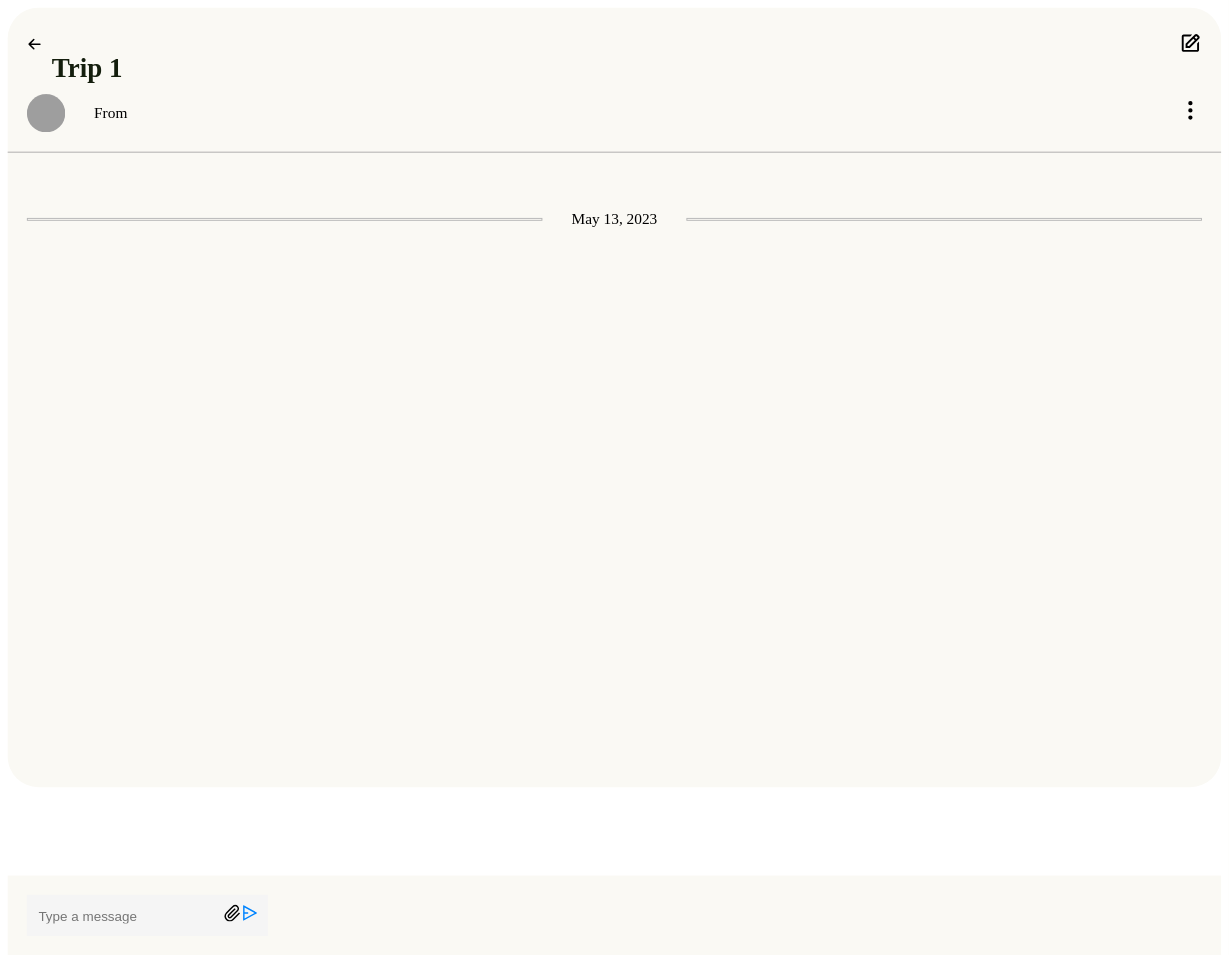
Repository: Abhi2359/PWA_Corider
Page: /
An editor plug-in stored every save of this project. The page is shown before and after the next save, followed by the edit.
The browser window is 1280 px wide. The pictures show the whole page, at 96% of full size.
Pictures or frames that could not be fetched are drawn as grey boxes. The page's requests for data from a server got no answer. The project was rebuilt for these pictures with package versions that can differ from the ones it lists, and the page was loaded fresh each time. No one was signed in, and anything a server would have sent is missing. Also part of the build but not shown: vite.config.js, src/Chat.css, src/Chat.jsx.

Above is the page before, as saved 2023-05-13 14:44:44.

After the next save:
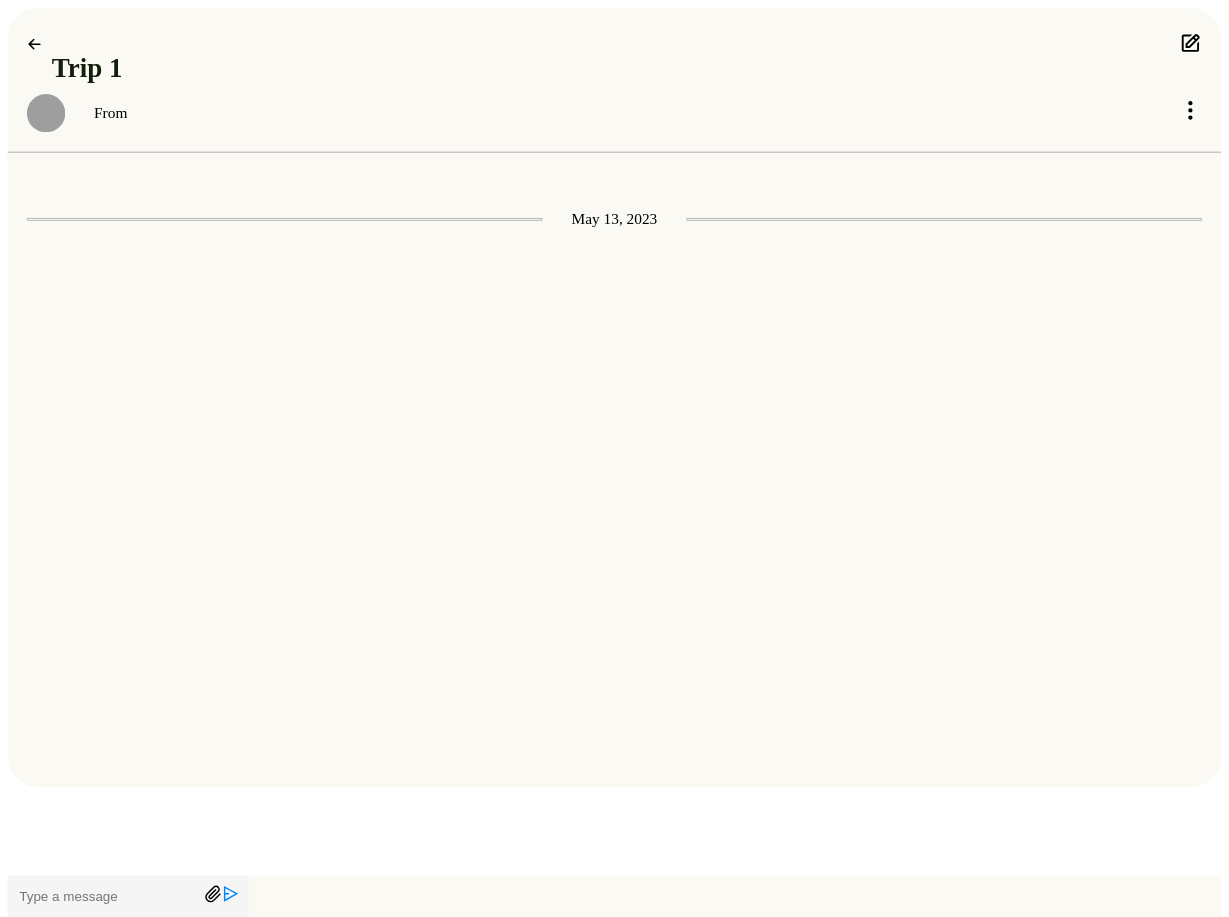
Saved 9 min 58 s later.
--- a/src/App.css
+++ b/src/App.css
@@ -125,7 +125,7 @@
   .footer{
 
 
-
+    pos
       padding: 20px;
       text-align: center;
       display: flex;

After the 2 saves that followed:
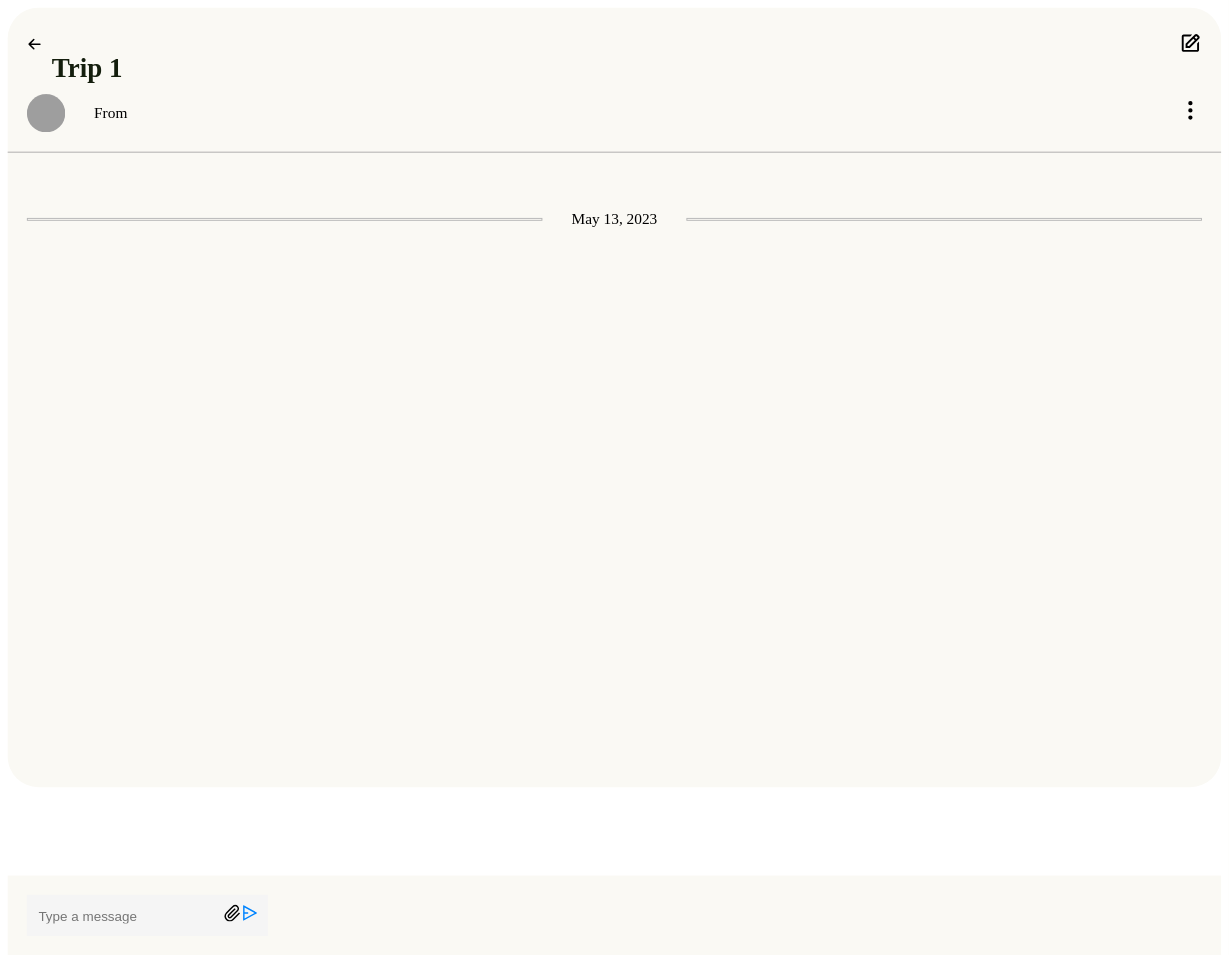
The 2 saves are shown as one change because they came seconds apart.
The last was saved 7 s later.
--- a/src/App.css
+++ b/src/App.css
@@ -125,7 +125,7 @@
   .footer{
 
 
-    pos
+    position: static;
       padding: 20px;
       text-align: center;
       display: flex;
